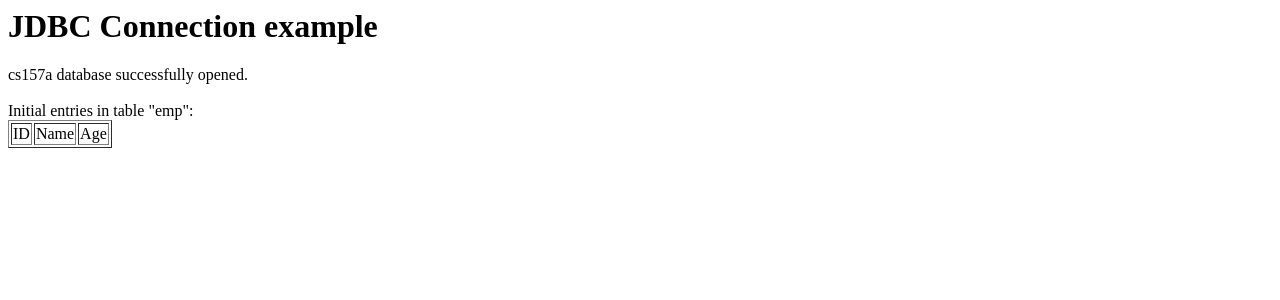
Repository: jcsandoval929/CS157A-HW1
Page: http://localhost/ThreeTierTest/HW1demo.jsp
These files come from the project's save history. The page is drawn as it stood at one moment and after a run of saves; the edit follows.
The browser window is 1280 px wide. The pictures show the whole page.
The page is served by Tomcat 9. Queries for data that is not in the repository find no rows.

Above is the page before, as saved 2019-09-16 07:15:29.

### HW1Workspace/ThreeTierTest/WebContent/HW1demo.jsp
<%@ page import="java.sql.*"%>
<html>
  <head>
    <title>JDBC Connection example</title>
    </head>
  <body>
    <h1>JDBC Connection example</h1>

    <table border="1">
      <tr>
        <td>ID</td>
        <td>Name</td>
        <td>Age</td>
   </tr>
    <%
     String db = "cs157a";
        String user; // assumes database name is the same as username
          user = "root";
        String password = "Cinemark929";
        try {

            java.sql.Connection con;
            Class.forName("com.mysql.jdbc.Driver");
            con = DriverManager.getConnection("jdbc:mysql://localhost:3306/cs157a?serverTimezone=EST5EDT",user, password);
            out.println(db + " database successfully opened.<br/><br/>");

            out.println("Initial entries in table \"emp\": <br/>");
            Statement stmt = con.createStatement();
            ResultSet rs = stmt.executeQuery("SELECT * FROM emp");
            while (rs.next()) {
                out.println(rs.getInt(1) + " " + rs.getString(2) + " " + rs.getInt(3) + "<br/><br/>");
            }
            rs.close();
            stmt.close();
            con.close();
        } catch(SQLException e) {
            out.println("SQLException caught: " + e.getMessage());
        }
    %>
  </body>
</html>

After the next 2 saves:
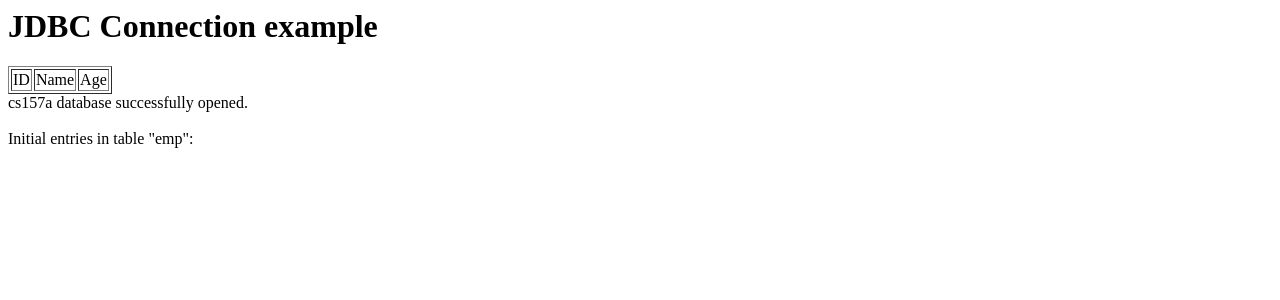
The 2 saves are shown as one change because they came seconds apart.
The last was saved 19 min 35 s later.
--- a/HW1Workspace/ThreeTierTest/WebContent/HW1demo.jsp
+++ b/HW1Workspace/ThreeTierTest/WebContent/HW1demo.jsp
@@ -11,7 +11,8 @@
         <td>ID</td>
         <td>Name</td>
         <td>Age</td>
-   </tr>
+   	</tr>
+   </table>
     <%
      String db = "cs157a";
         String user; // assumes database name is the same as username

After the save that followed:
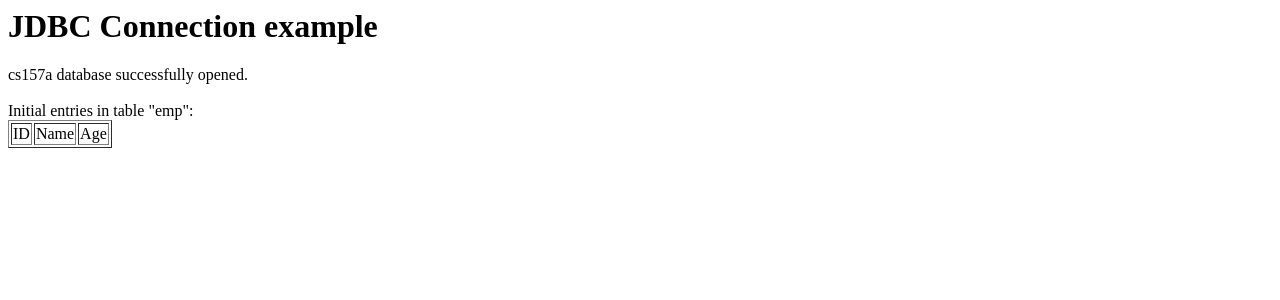
Saved 58 s later.
--- a/HW1Workspace/ThreeTierTest/WebContent/HW1demo.jsp
+++ b/HW1Workspace/ThreeTierTest/WebContent/HW1demo.jsp
@@ -11,8 +11,7 @@
         <td>ID</td>
         <td>Name</td>
         <td>Age</td>
-   	</tr>
-   </table>
+   </tr>
     <%
      String db = "cs157a";
         String user; // assumes database name is the same as username
@@ -38,5 +37,6 @@
             out.println("SQLException caught: " + e.getMessage());
         }
     %>
+    </table>
   </body>
 </html>
